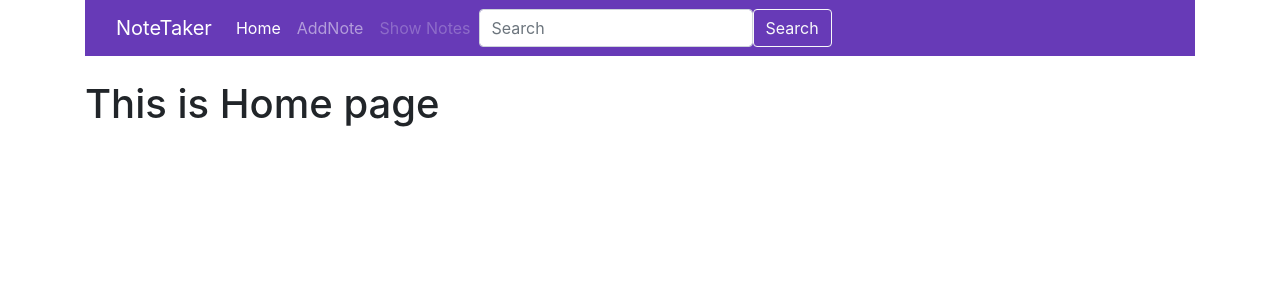
Repository: Mayank-SDE/Projects
Page: http://localhost/NoteTakerTodoApp/edit.jsp
These files come from the project's save history. The page is drawn as it stood at one moment and after the next save; the edit follows.
The browser window is 1280 px wide. The pictures show the whole page.
Some web libraries are served in a nearby version. The page is served by Tomcat 9.

Above is the page before, as saved 2022-02-10 17:27:36.

After the next save:
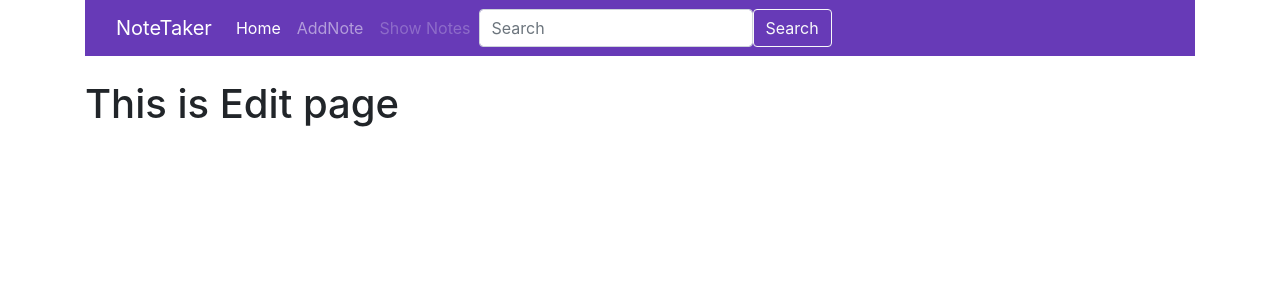
Saved 18 s later.
--- a/NoteTaker/NoteTakerTodoApp/src/main/webapp/edit.jsp
+++ b/NoteTaker/NoteTakerTodoApp/src/main/webapp/edit.jsp
@@ -12,7 +12,7 @@
 
    <%@ include file="navbar.jsp"%>
       <br>
-     <h1>This is Home page</h1>
+     <h1>This is Edit page</h1>
 </div>
 
 </body>
